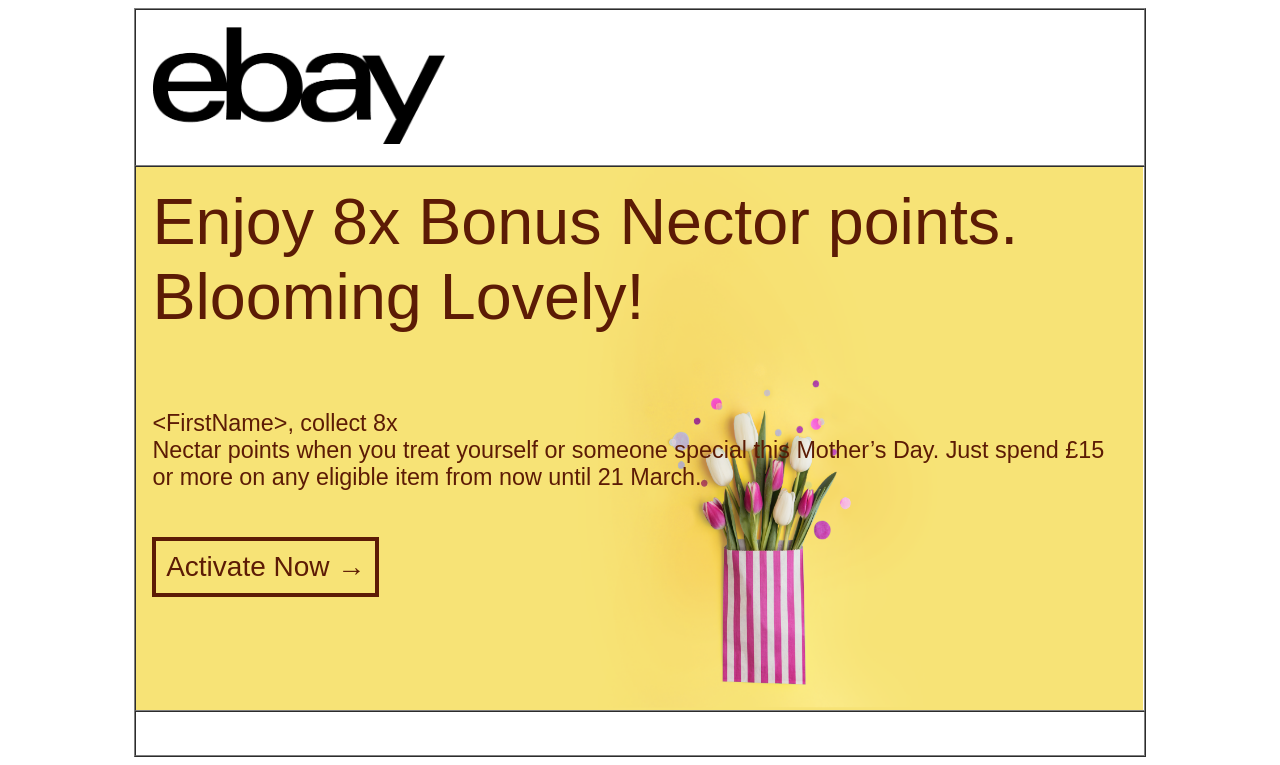
Repository: AnkurDevv/feed-dev-test
Page: index.html
These files come from the project's save history. The page is drawn as it stood at one moment and after the next save; the edit follows.
The browser window is 1280 px wide. The pictures show the whole page.

Above is the page before, as saved 2020-03-29 02:09:43.

### index.html
<!DOCTYPE html>
<!--[if lt IE 7]>      <html class="no-js lt-ie9 lt-ie8 lt-ie7"> <![endif]-->
<!--[if IE 7]>         <html class="no-js lt-ie9 lt-ie8"> <![endif]-->
<!--[if IE 8]>         <html class="no-js lt-ie9"> <![endif]-->
<!--[if gt IE 8]><!-->
<html>
<!--<![endif]-->

<head>
  <meta charset="utf-8">
  <meta http-equiv="X-UA-Compatible" content="IE=edge">
  <title></title>
  <meta name="description" content="">
  <meta name="viewport" content="width=device-width, initial-scale=1">
  <link rel="stylesheet" href="./style/index.css">
</head>

<body>
  <table border="1" cellpadding="0" cellspacing="0" height="100%" width="80%" id="bodyTable">

    <!-- HEADER ROW - START  -->
    <tr>
      <td>
        <table cellpadding="5" cellspacing="12" width="100%" align="left" border="0" id="EmailHeader">
          <tr>
            <td valign="middle" id="EmailHeading">
              <img src="img/logo.png" alt="ebay-logo" id="ebay-logo">
            </td>
          </tr>
        </table>
      </td>
    </tr>
    <!-- HEADER ROW - START  -->

    <!-- HERO BODY - START  -->
    <tr cellpadding="4" cellspacing="12" width="100%" border="1" id="HeroBodyWrapper">

      <!-- HERO CONTENT -START -->
      <td id="heroContentWrapper">
        <table cellpadding="4" cellspacing="12" width="100%" align="left" border="0" id="heroContent">
          <!-- HERO MAIN HEADLINE - START -->
          <tr>
            <td id="heroMainHeading">
              Enjoy 8x Bonus Nector points.
              Blooming
              Lovely!
            </td>
          </tr>
          <!-- HERO MAIN HEADLINE - END -->

          <!-- HERO SUB-HEADING - START -->
          <tr>
            <td id="heroSubHeading">
              &lt;FirstName&gt;, collect 8x </br> Nectar points when you treat yourself or someone special this Mother’s
              Day.
              Just
              spend £15 or more on any eligible item from now until 21 March.
            </td>
          </tr>
          <!-- HERO SUB-HEADING - END -->

          <!-- HERO CTA - START -->
          <tr id="heroCTAContainer">
            <td>
              <button id="heroCTA">
                Activate Now <strong>&rarr;</strong>
              </button>
            </td>
          </tr>
          <!-- HERO CTA - END -->

          <!-- HERO IMAGE AT 480PX - START -->
          <tr style="display: none;">
            <td>
              <!-- FOR SMALL SCREENS IMAGE WILL SHOW HERE -->
            </td>
          </tr>
          <!-- HERO IMAGE AT 480PX - END -->
        </table>
      </td>
      <!-- HERO CONTENT - END -->

      <!-- HERO SECTION IMAGE FOR DESKTOP - START -->
      <td id="HeroImageContainer">
        <!-- <img src="img/HeroDesktopBg.png" alt="flower pot image" id="HeroDesktopBg"> -->
      </td>
      <!-- HERO SECTION IMAGE FOR DESKTOP - END -->

      <!-- HERO BODY - END  -->

      <!-- HERO & EVERDAY ESSENTIALS DIVIDER - START -->
    <tr id="dividerContainer">
      <td id="divRibbion" colspan="2">
        <!-- RECTANGLE 1 -->
        <div id="divCol1">

        </div>
        <!-- RECTANGLE 2 -->
        <div id="divCol2">

        </div>
        <!-- RECTANGLE 3 -->
        <div id="divCol1">

        </div>
      </td>
    </tr>
    <!-- HERO & EVERDAY ESSENTIALS DIVIDER - END -->
  </table>

  <script src="" async defer></script>
</body>

</html>

### style/index.css
/* HEADER CSS - START */

#bodyTable{
  margin-left: 10%;
  margin-right: 10%;
}

#ebay-logo{
  width: 30%;
}
/* HEADER CSS - END */

/* HERO BODY CSS - START */
#heroContentWrapper{
  /* background-color: #f7e376; */
  background-image:url('/img/orignalbackground.png');
  background-size: 100% 100%;
  background-repeat: no-repeat;
}

#heroMainHeading{
  color: #5c1b05!important;
  font-size: 404%;
  font-family: sans-serif;
  padding-bottom: 6%;
}

#heroSubHeading{
  color: #5c1b05!important;
  font-family: sans-serif;
  font-size: 146%;
  padding-bottom: 3%;
}

#HeroImageContainer{
  padding: 0;
  width: 49%;
  /* background-image:url('/img/HeroDesktopBg.png');
  background-size: 100% 100%;
  background-repeat: no-repeat; */
  display: none;
}

#HeroDesktopBg{
  width: 100%;
  height: 100%;
  display: block; /*otherwise it wont occupy the whole container*/
}

#heroCTA{
  border: 4px solid #5c1b05;
  color: #5c1b05;
  background: #f7e376;
  font-family: sans-serif;
  font-size: 175%;
  padding: 1%;
  margin-bottom: 10%;
}
/* HERO BODY CSS - END */

/* HERO DIVIDER CSS - START */
#dividerContainer{
  height: 45px;
}

#divCol1{
  background-color: #ff8559;
  width: 53%;
}
#divCol2{
  background-color: #f7b100;
  width: ;
}
#divCol3{
  background-color: #fbcd25;
}
/* HERO DIVIDER CSS - END */

/* MAKING EMAIL RESPONSIVE CSS - START */

/* MAKING EMAIL RESPONSIVE CSS - END */

After the next save:
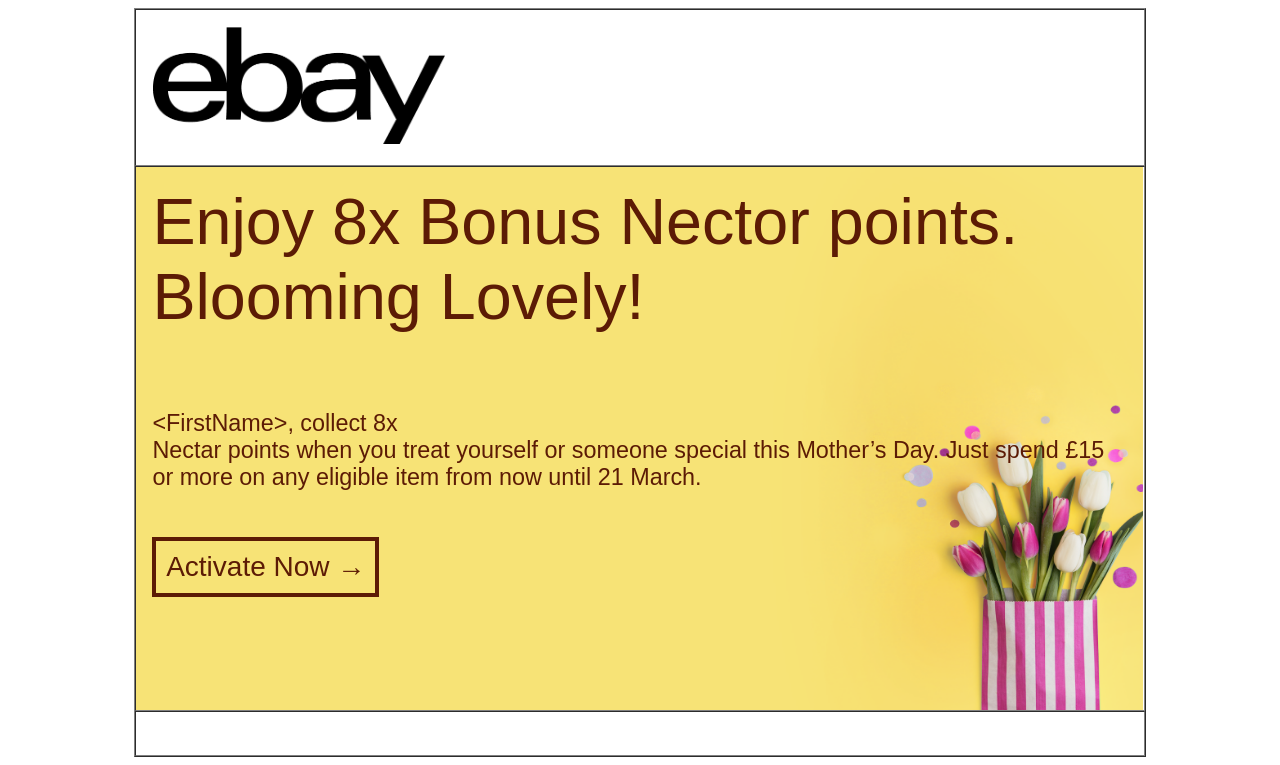
Saved 93 s later.
--- a/style/index.css
+++ b/style/index.css
@@ -13,7 +13,7 @@
 /* HERO BODY CSS - START */
 #heroContentWrapper{
   /* background-color: #f7e376; */
-  background-image:url('/img/orignalbackground.png');
+  background-image:url('/img/orignalbackground2.png');
   background-size: 100% 100%;
   background-repeat: no-repeat;
 }
